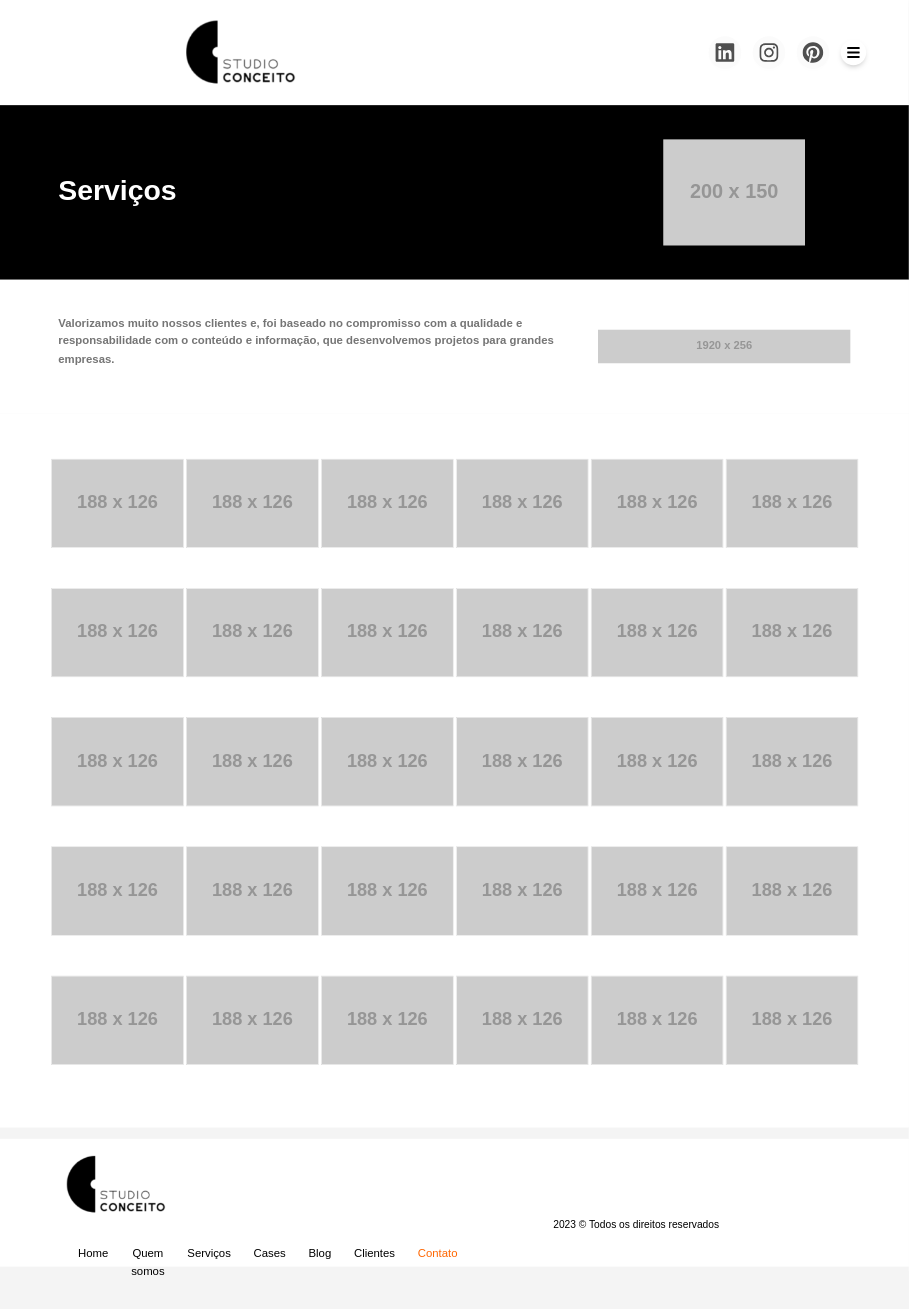
Repository: Upstairs-Agencia/studio-conceito-react
Page: /clientes
An editor plug-in stored every save of this project. The page is shown before and after the next save, followed by the edit.
The browser window is 1280 px wide. The pictures show the whole page, at 71% of full size.
The project was rebuilt for these pictures with package versions that can differ from the ones it lists, and the page was loaded fresh each time. Also part of the build but not shown: src/pages/Home.js, src/pages/QuemSomos.js, src/pages/Servicos.js, src/pages/Cases.js, src/pages/Blog.js, src/pages/Contato.js.

Above is the page before, as saved 2024-12-28 02:15:02.

After the next save:
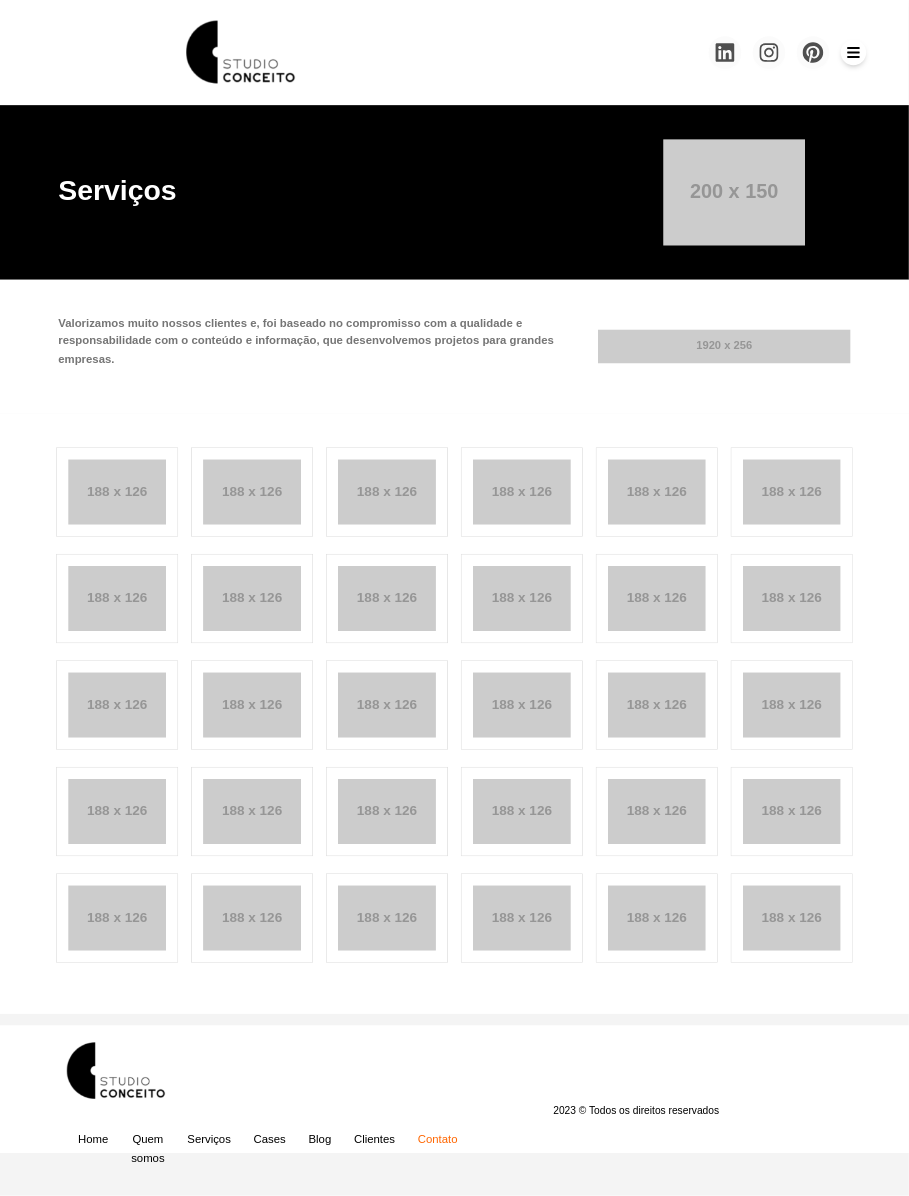
Saved 33 s later.
--- a/src/pages/Clientes.js
+++ b/src/pages/Clientes.js
@@ -69,7 +69,7 @@ const Clientes = () => {
                     height: '126px',
                     backgroundColor: '#fff',
                     border: '1px solid #ddd',
-                    margin: '1rem' // Borda leve para destaque
+                    padding: '1rem'
                   }}
                 />
               </MDBCol>
